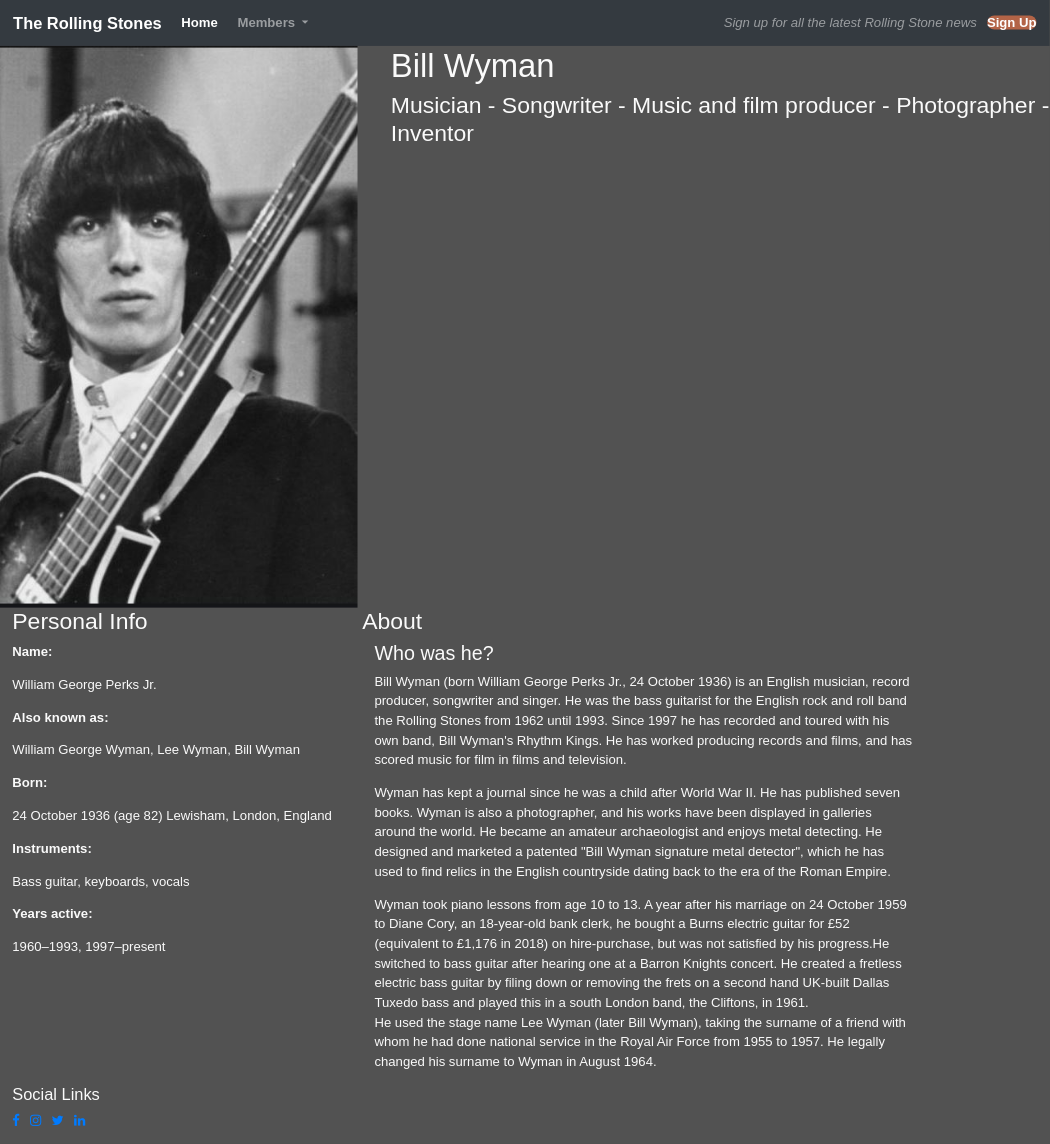
Repository: TecDruid/rolling-stones-fan-site
Page: bill-wyman.html
The author's editor kept a record of every edit. The page is drawn from the files as they stood at one moment, then again after the next edit.
The browser window is 1280 px wide. The pictures show the whole page, at 82% of full size.
Some web fonts or font styles are not loaded; a fallback is used. Some web libraries are served in a nearby version.

Above is the page before.

After the next edit:
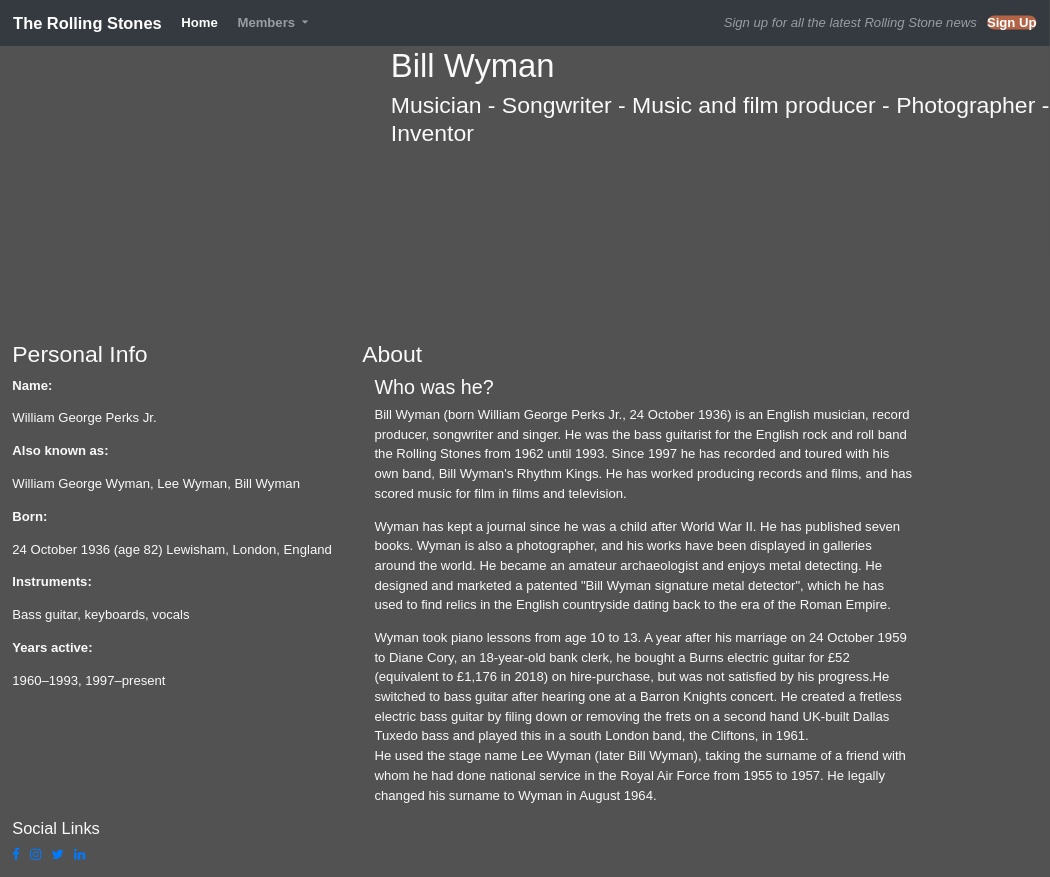
The edit:
--- a/bill-wyman.html
+++ b/bill-wyman.html
@@ -59,7 +59,7 @@
         <div class="row no-gutters">
             <a class="col-md-4 logo bill-profile" href="index.html">
 
-                <img src="bill-prof.jpg" alt="Bill Wyman">
+               <!-- <img src="bill-prof.jpg" alt="Bill Wyman"> -->
 
             </a>
             <div class="col-md-8">
